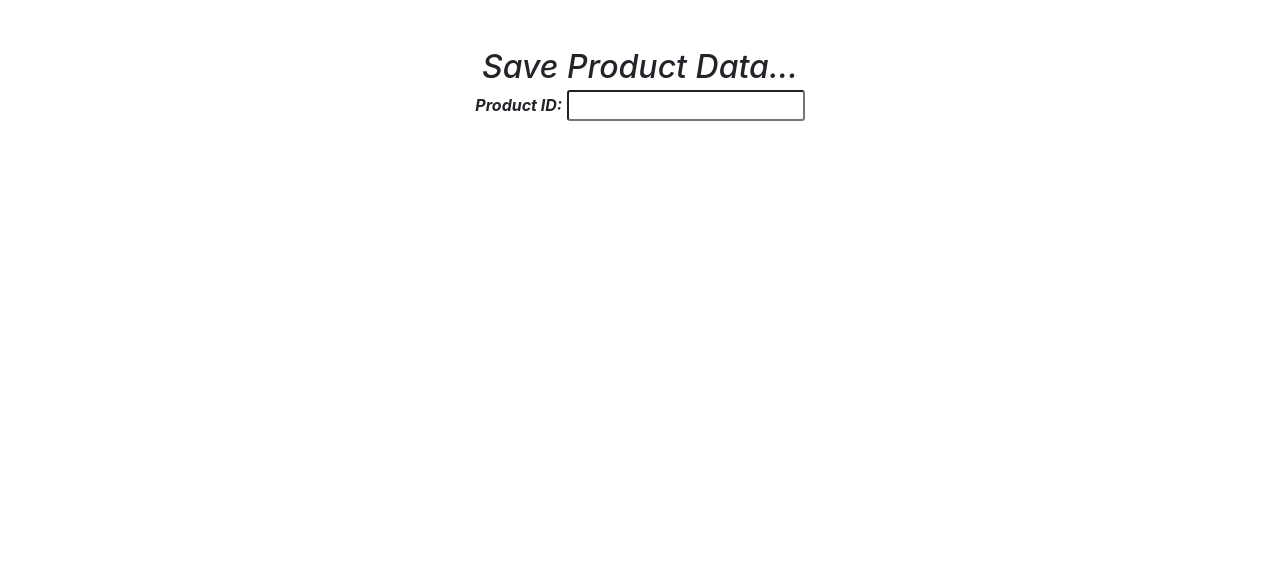
Repository: Geethamanasa/AdvanceJavaPrograms
Page: AddProductApp/src/main/webapp/Addproduct.html
These files come from the project's save history. The page is drawn as it stood at one moment and after the next save; the edit follows.
The browser window is 1280 px wide. The pictures show the whole page.

Above is the page before, as saved 2024-03-09 04:29:06.

### AddProductApp/src/main/webapp/Addproduct.html
<!DOCTYPE html>
<html>
<head>

<title>Add product</title>
<!-- BootStrap CDN link to get the support of BootStrap -->
<link rel="stylesheet"
href="https://stackpath.bootstrapcdn.com/bootstrap/4.5.2/css/bootstrap.min.css" rel="stylesheet">

<!-- This is Java Script validation code location -->
<script src="formvalidations.js"></script>


</head>
<body>
<div class="container mt-5 text-center">
<h2 class="text-center font-italic mb-1">Save Product Data...</h2>
<form method="post" action="./AddProductServlet" enctype="multipart/form-data" onsubmit="return ValidateForm()">

<div class="form-group">
<label class="font-italic font-weight-bold" for="proId">Product ID:</label>
<Input type="number" class="form-control-sm" id="proId" name="proId" required>
</div>

Loaded but not shown: AddProductApp/src/main/webapp/formvalidations.js (no copy from this time; the picture is the same without it)

After the next save:
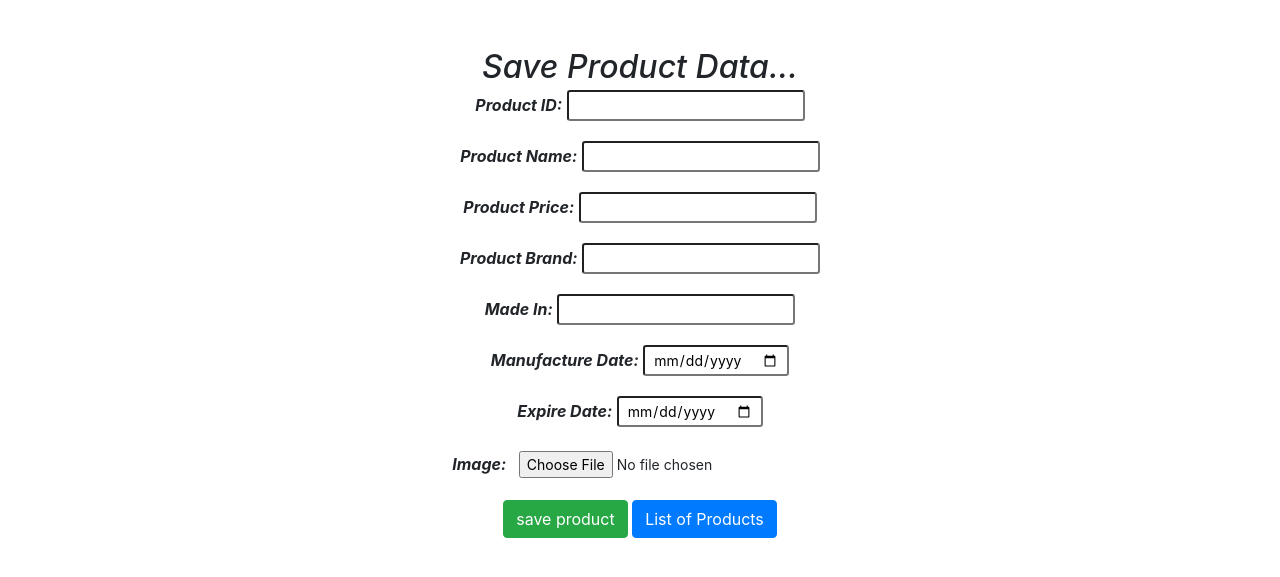
Saved 93 s later.
--- a/AddProductApp/src/main/webapp/Addproduct.html
+++ b/AddProductApp/src/main/webapp/Addproduct.html
@@ -21,3 +21,57 @@ href="https://stackpath.bootstrapcdn.com/bootstrap/4.5.2/css/bootstrap.min.css"
 <label class="font-italic font-weight-bold" for="proId">Product ID:</label>
 <Input type="number" class="form-control-sm" id="proId" name="proId" required>
 </div>
+
+
+<div class="form-group">
+<label class="font-italic font-weight-bold" for="proName">Product Name:</label>
+<Input type="text" class="form-control-sm" id="proName" name="proName" required>
+</div>
+
+
+<div class="form-group">
+<label class="font-italic font-weight-bold" for="proPrice">Product Price:</label>
+<Input type="number" class="form-control-sm" id="proPrice" name="proPrice" required>
+</div>
+
+
+<div class="form-group">
+<label class="font-italic font-weight-bold" for="proBrand">Product Brand:</label>
+<Input type="text" class="form-control-sm" id="proBrand" name="proBrand" required>
+</div>
+
+
+<div class="form-group">
+<label class="font-italic font-weight-bold" for="proMadeIn">Made In:</label>
+<Input type="text" class="form-control-sm" id="proMadeIn" name="proMadeIn" required>
+</div>
+
+
+<div class="form-group">
+<label class="font-italic font-weight-bold" for="proManufactureDate">Manufacture Date:</label>
+<Input type="date" class="form-control-sm" id="proManufactureDate" name="proManufactureDate" required>
+</div>
+
+
+
+<div class="form-group">
+<label class="font-italic font-weight-bold" for="Expire Date">Expire Date:</label>
+<Input type="date" class="form-control-sm" id="proExpireDate" name="proExpireDate" required>
+</div>
+
+<div class="form-group">
+<label class="font-italic font-weight-bold" for="proImage">Image:</label>
+<Input type="file" class="form-control-sm" id="proImage" name="proImage" required>
+</div>
+
+<div>
+<input type="submit" class="btn btn-success" value="save product"/>
+<a href="ProductListDisplay.jsp" class="btn btn-primary">List of Products</a>
+</div>
+
+
+</form>
+</div>
+
+</body>
+</html>
